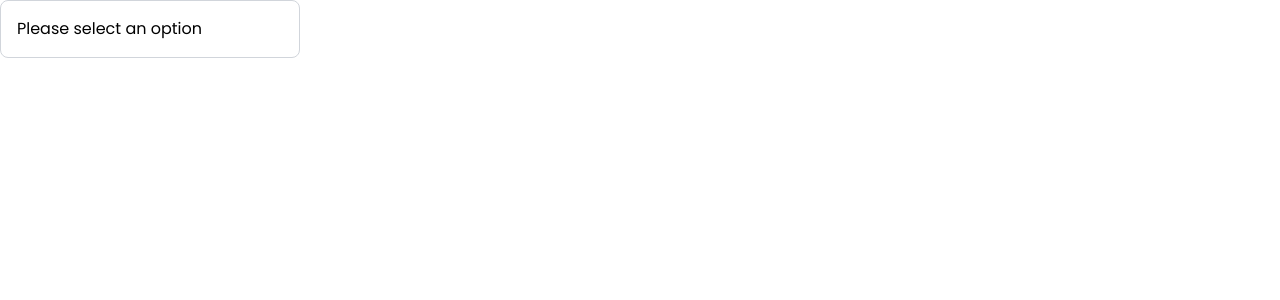
Repository: ThanhPhongsof/React-Course
Page: /
An editor plug-in stored every save of this project. The page is shown before and after the next save, followed by the edit.
The browser window is 1280 px wide. The pictures show the whole page.
The project was rebuilt for these pictures with package versions that can differ from the ones it lists, and the page was loaded fresh each time.

Above is the page before, as saved 2022-04-26 08:58:16.

### src/index.js
import React from "react";
import ReactDOM from "react-dom";
import App from "./App";
import reportWebVitals from "./reportWebVitals";
import "./index.scss";
import { BrowserRouter } from "react-router-dom";

// ReactDOM.render(
//   // <React.StrictMode>
//     <BrowserRouter>
//       <App />
//     </BrowserRouter>
//   // </React.StrictMode>,
//   document.getElementById("root")
// );

ReactDOM.render(
  <BrowserRouter>
    <App />
  </BrowserRouter>,
  document.getElementById("root")
);

// If you want to start measuring performance in your app, pass a function
// to log results (for example: reportWebVitals(console.log))
// or send to an analytics endpoint. Learn more: https://bit.ly/CRA-vitals
reportWebVitals();

### src/App.js
import React from "react";
import Dropdown from "./components/advanced-react/inversion-of-control/Dropdown";

const App = () => {
  return (
    <div>
      <Dropdown></Dropdown>
    </div>
  );
};

export default App;

### src/index.scss
@tailwind base;
@tailwind components;
@tailwind utilities;

@layer base {
  @import url("https://fonts.googleapis.com/css2?family=Poppins:wght@300;400;500;700&display=swap");
  body {
    font-family: "Poppins", sans-serif;
  }
}
.skeleton {
  background-color: #eee;
  background-image: linear-gradient(
    110deg,
    #ececec 8%,
    #f5f5f5 18%,
    #ececec 33%
  );
  background-size: 200% 100%;
  animation: 1.5s shine linear infinite;
}
@keyframes shine {
  to {
    background-position-x: -200%;
  }
}
.zoom-enter .content {
  opacity: 0;
  transform: scale(0.5);
}
.zoom-enter-active .content {
  opacity: 1;
  transform: scale(1);
}
.zoom-exit .content {
  opacity: 1;
}
.zoom-exit-active .content {
  opacity: 0;
  transform: scale(0.5);
}

// Fade

.fade-enter .tooltip {
  opacity: 0;
}
.fade-enter-active .tooltip {
  opacity: 1;
}
.fade-exit .tooltip {
  opacity: 1;
}
.fade-exit-active .tooltip {
  opacity: 0;
}

### src/components/advanced-react/inversion-of-control/Dropdown.js
import React from "react";

const Dropdown = () => {
  return (
    <div className="relative inline-block w-full max-w-[300px]">
      <div className="flex items-center justify-between p-4 border border-gray-300 rounded-lg cursor-pointer placehoder">
        Please select an option
      </div>
    </div>
  );
};

export default Dropdown;

### tailwind.config.js
module.exports = {
  content: ["./src/**/*.{js,jsx,ts,tsx}"],
  theme: {
    extend: {
      backgroundImage: {
        "primary-gradient": `linear-gradient(
          86.88deg,
          #7d6aff 1.38%,
          #ffb86c 64.35%,
          #fc2872 119.91%
        )`,
        "secondary-gradient": `linear-gradient(86.88deg, #20e3b2, #2cccff)`,
      },
    },
  },
  plugins: [],
};

Loaded but not shown: public/index.html (common file); src/reportWebVitals.js (common file)

After the next save:
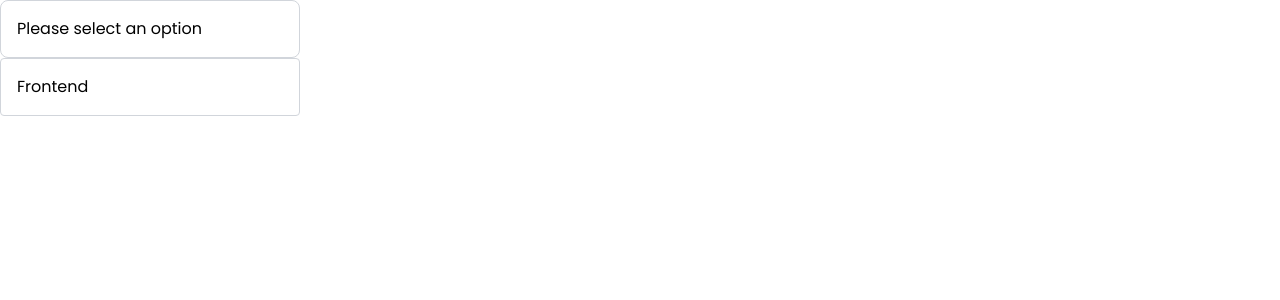
Saved 73 s later.
--- a/src/components/advanced-react/inversion-of-control/Dropdown.js
+++ b/src/components/advanced-react/inversion-of-control/Dropdown.js
@@ -6,6 +6,9 @@ const Dropdown = () => {
       <div className="flex items-center justify-between p-4 border border-gray-300 rounded-lg cursor-pointer placehoder">
         Please select an option
       </div>
+      <div className="border border-gray-300 rounded options">
+        <div className="p-4 cursor-pointer option-item">Frontend</div>
+      </div>
     </div>
   );
 };
